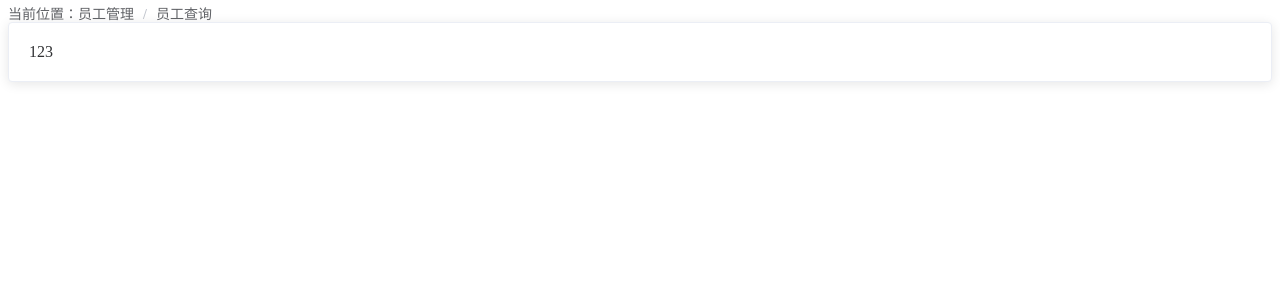
Repository: YUNjwyao/vue_hrm
Page: /#/employee
An editor plug-in stored every save of this project. The page is shown before and after the next save, followed by the edit.
The browser window is 1280 px wide. The pictures show the whole page.
The project was rebuilt for these pictures with package versions that can differ from the ones it lists, and the page was loaded fresh each time.

Above is the page before, as saved 2020-10-15 18:44:06.

After the next save:
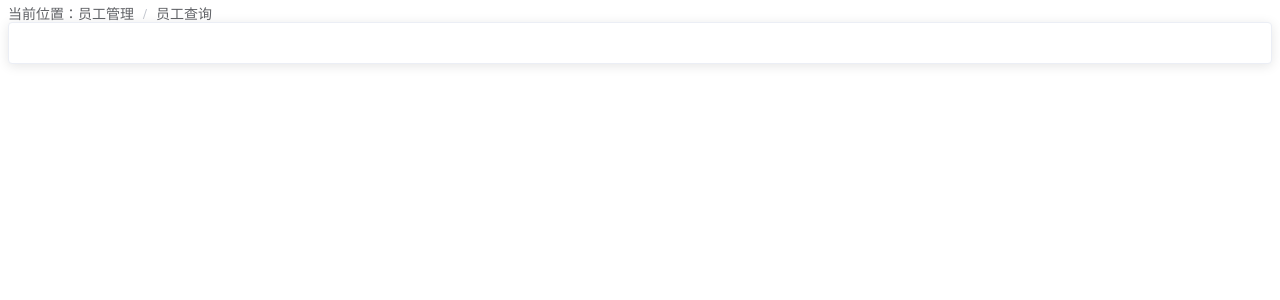
Saved 114 s later.
--- a/src/components/Employee/EmployeeQuery.vue
+++ b/src/components/Employee/EmployeeQuery.vue
@@ -7,7 +7,14 @@
     </el-breadcrumb>
           <!-- 查询输入框 -->
         <el-card>
-			123
+			<el-select v-model="value" placeholder="请选择">
+    <el-option
+      v-for="item in options"
+      :key="item.value"
+      :label="item.label"
+      :value="item.value">
+    </el-option>
+  </el-select>
 		</el-card>
     </div>
 </template>
